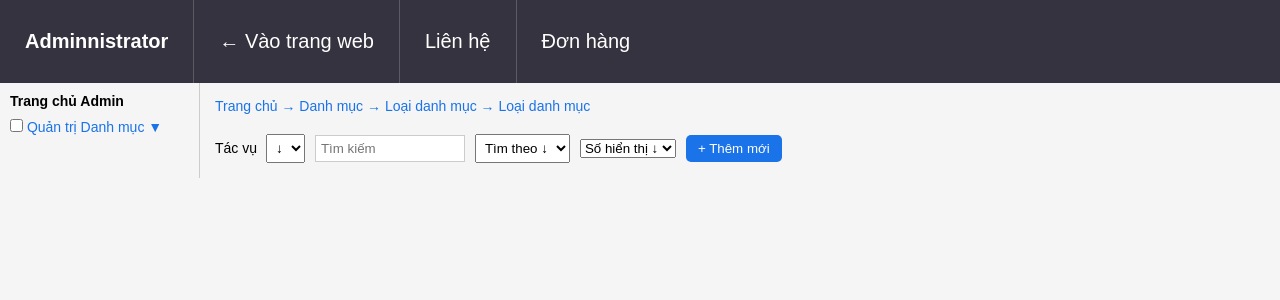
Repository: TranTanDat0606/Du-An-1
Page: Admin]/admin.html
The author's editor kept a copy of each file at every save. The page is drawn from the files as they stood at one save, then again after a run of saves.
The browser window is 1280 px wide. The pictures show the whole page.

Above is the page before, as saved 2025-07-31 09:05:29.

After the next 2 saves:
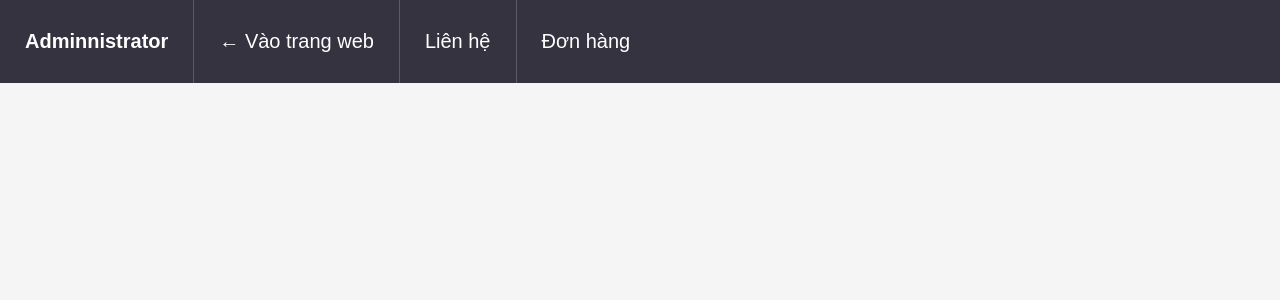
The 2 saves are shown as one change because they came seconds apart.
The last was saved 2 min 1 s later.
--- a/Admin]/admin.html
+++ b/Admin]/admin.html
@@ -13,35 +13,6 @@
     <a href="#" class="admin-navbar-item">Liên hệ</a>
     <a href="#" class="admin-navbar-item">Đơn hàng</a>
 </header>
-    <div class="admin-container">
-<div class="admin-sidebar">
-    <div class="admin-title">Trang chủ Admin</div>
-    <div class="dropdown">
-        <input type="checkbox" id="menu-toggle"/>
-        <label for="menu-toggle" class="dropdown-label"> Quản trị Danh mục ▼</label>
-</div>
-</div>
-    <div class="admin-main">
-        <div class="breadcrumb">
-            <a href="#">Trang chủ</a> → <a href="#">Danh mục</a> → <span>Loại danh mục</span> → <span>Loại danh mục</span>
-        </div>
-        <div class="toolbar">
-            <div class="actions">
-                <label for="bulk-action">Tác vụ</label>
-                <select id="bulk-action">
-                    <option>↓</option>
-                </select>
-            </div>
-            <input type="text" placeholder="Tìm kiếm" class="search-box"/>
-            <select class="filter">
-                <option>Tìm theo ↓ </option>
-            </select>
-            <select class="display-count">
-                <option>Số hiển thị ↓</option>
-            </select>
-            <button class="add-btn">+ Thêm mới</button>
-        </div>
-    </div>
 
 </body>
 </html>
